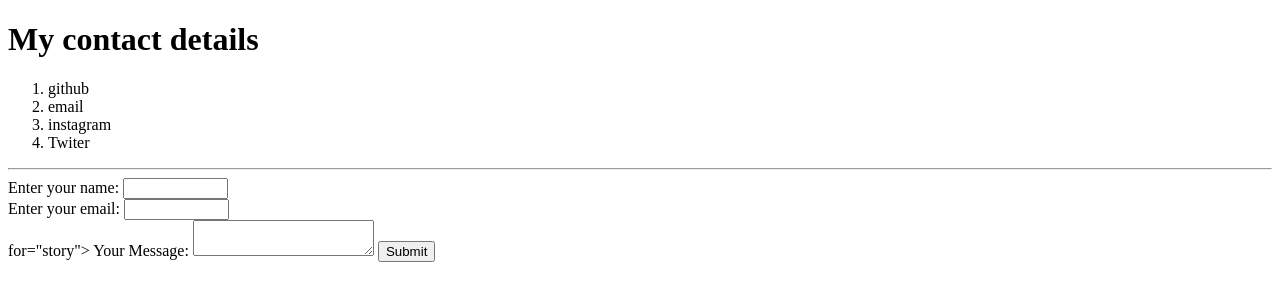
Repository: ew-code/Web-Development
Page: HTML - Personal Site/contact.html
An editor plug-in stored every save of this project. The page is shown before and after a run of saves, followed by the edit.
The browser window is 1280 px wide. The pictures show the whole page.

Above is the page before, as saved 2021-01-04 23:58:10.

After the next 3 saves:
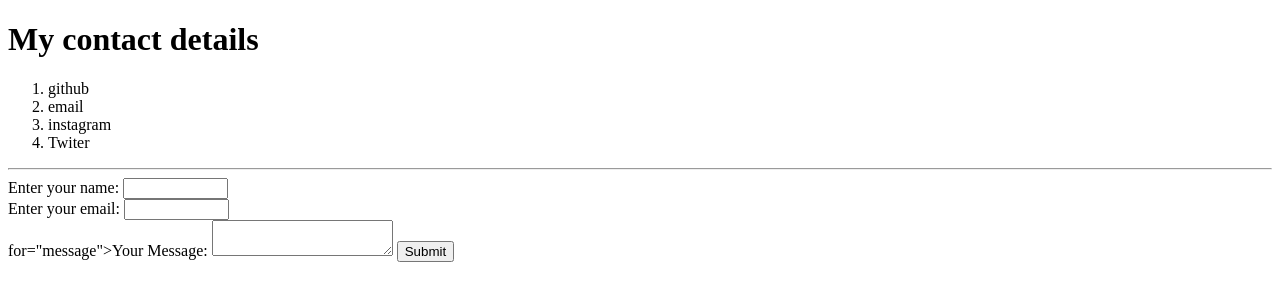
The 3 saves are shown as one change because they came seconds apart.
The last was saved 23 s later.
--- a/HTML - Personal Site/contact.html
+++ b/HTML - Personal Site/contact.html
@@ -22,7 +22,7 @@
     <input type="text" name="name" id="name" minlength="4" maxlength="50" size="10"><br>
     <label for="email">Enter your email:</label>
     <input type="email" name="email" id="email" minlength="4" maxlength="50" size="10"><br>
-    <label> for="story"> Your Message:</label>
+    <label> for="message">Your Message:</label>
     <textarea></textarea>
     <input type="submit">
   </form>
